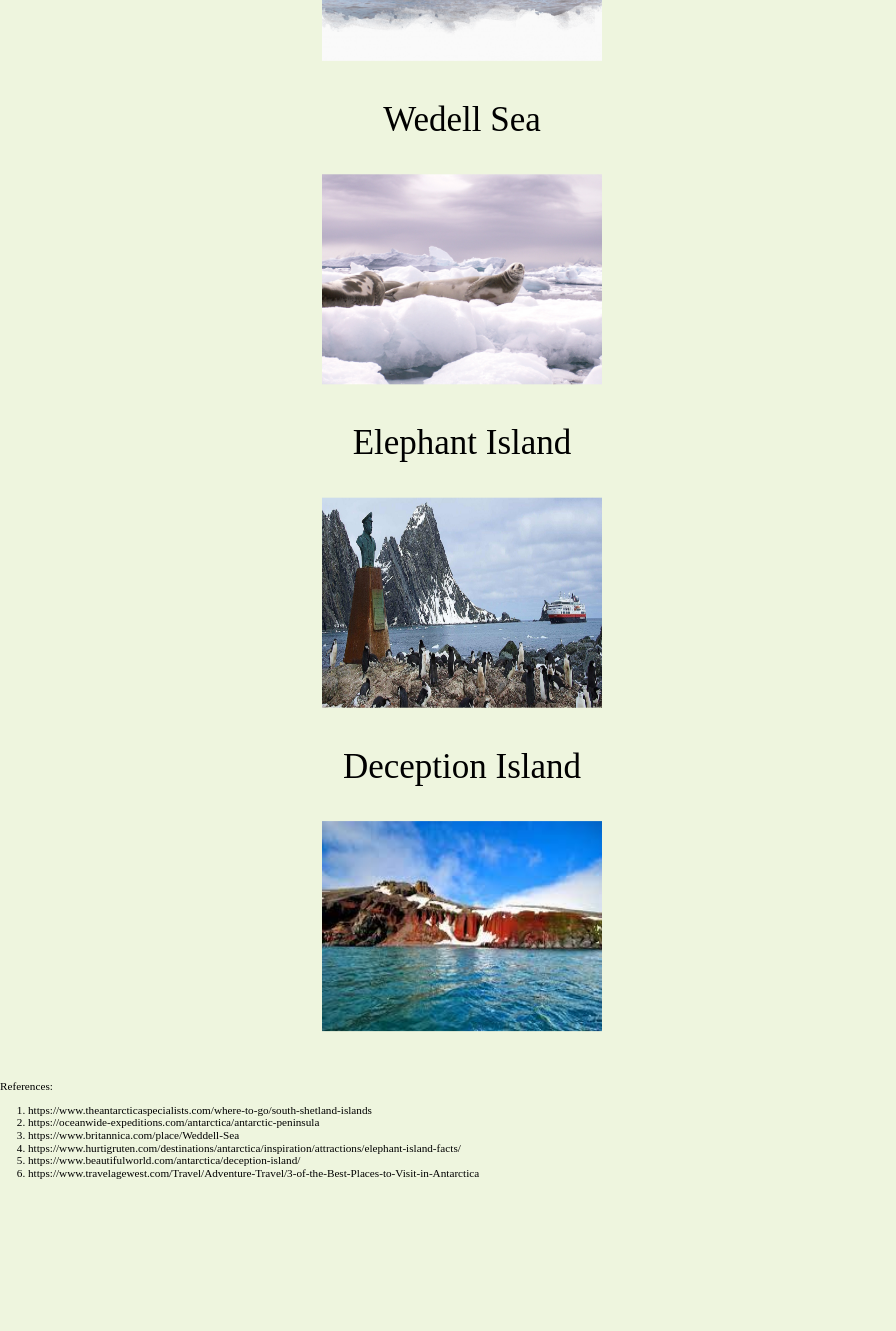
Repository: alharama/StaticWebsite
Page: ant_page.html
These files come from the project's save history. The page is drawn as it stood at one moment and after the next save; the edit follows.
The browser window is 1280 px wide. The pictures show the part of the page from y = 1500 to 3420 px (the page is 3401 px tall before and 3420 px after), at 70% of full size.

Above is the page before, as saved 2021-09-29 23:03:29.

### ant_page.html
<!DOCTYPE html>
<html>
<head>

    <link rel = "stylesheet" type="text/css" href="StyleSheet.css">;

    <title> Antarctica </title>

    <style>

        #ant {
            display: block;
            margin-left: auto;
            margin-right: auto;
            margin-top: 30px;
            width: auto;
            height: 300px;

        }
    </style>

</head>

    <header>
        Antarctica


        <div id="languages">
            <span>Hello</span>
            <span>Bonjour</span>
            <span>Marhabaan</span>
            <span>Zdravstvuyte</span>
            <span>nǐ hǎo</span>
            <span>Salve</span>
            <span>Konnichiwa</span>
            <span>Guten Tag</span>
            <span>Goddag</span>
            <span>Shikamoo</span>
        </div>
    </header>

    <body>

        <nav class="top_nav">
            <ul id="top_nav">
                <li><a href="/index.html">Home</a></li>
                <li><a href="/na_page.html">North America</a></li>
                <li><a href="/sa_page.html">South America</a></li>
                <li><a href="/eu_page.html">Europe</a></li>
                <li><a href="/af_page.html">Africa</a></li>
                <li><a href="/as_page.html">Asia</a></li>
                <li><a href="/au_page.html">Australia</a></li>
                <li><a href="/ant_page.html">Antarctica</a></li>
            </ul>
        </nav>


        <img id="ant" src="images/Antarctica.png" alt="Antarctica">
        <h1> Top Tourist Destinations in Antarctica</h1>


        <ul class = "tourist_spots">
            <li> South Shetland Islands </li>

            <span><img id="dest" src="images/Shetland.jpeg" alt="Shetland Islands">  </span>
            <li> Antarctic Peninsula </li>
            <span><img id = "dest" src="images/Peninsula.png" alt="Antarctic Peninsula">  </span>
            <li> Wedell Sea</li>
            <span><img id = "dest" src="images/Wedell.jpeg" alt = "Wedell Sea">  </span>
            <li> Elephant Island</li>
            <span><img id = "dest" src="images/ElephantIsland.jpeg" alt="Elephant Island">  </span>
            <li> Deception Island</li>
            <span><img id="dest" src="images/Deception.jpeg" alt="Deception Island">  </span>

        </ul>

    </body>


    <footer>

        References:

        <ol>
            <li>https://www.theantarcticaspecialists.com/where-to-go/south-shetland-islands</li>
            <li>https://oceanwide-expeditions.com/antarctica/antarctic-peninsula</li>
            <li>https://www.britannica.com/place/Weddell-Sea</li>
            <li>https://www.hurtigruten.com/destinations/antarctica/inspiration/attractions/elephant-island-facts/</li>
            <li>https://www.beautifulworld.com/antarctica/deception-island/</li>
            <li>https://www.travelagewest.com/Travel/Adventure-Travel/3-of-the-Best-Places-to-Visit-in-Antarctica</li>
        </ol>

    </footer>

</html>

### StyleSheet.css

 @import url('https://fonts.googleapis.com/css2?family=Kaushan+Script&display=swap');

 header {
    text-align: center;
    padding: 5px;
    font-family: 'Kaushan Script', cursive;
    font-size: 100px;
    border-bottom: 1px solid;

}

body{
    background: rgb(238, 245, 222);
    margin: 0px;
    padding-bottom: 200px;
}

.top_nav {
    width: 100%;
    font-size: 40px;
    text-align: center;
    color: red;

}

.top_nav ul {
    margin: 0px;
    color: blue;
}

.top_nav li {
    display: inline-block;

}

.top_nav a {
    text-decoration:underline;
    color: rgb(175, 52, 52);

}

.top_nav a:hover {
    background-color: lightgray;
}


#languages{

    display: flex;
    font-size: 20px;
    justify-content:space-around;
}



 h1 {
    text-align: center;
    font-family: 'Kaushan Script', cursive;
}

.tourist_spots {
    text-align: center;
}
.tourist_spots li {
    list-style: none;
    text-align: center;
    font-size: 50px;

}


#dest {
    width: 400px;
    height: 300px;
    padding: 50px;
}

#other_dest_header {
    font-size: 50px;
}
.extra_destinations li{
    font-size: 20px;
}

After the next save:
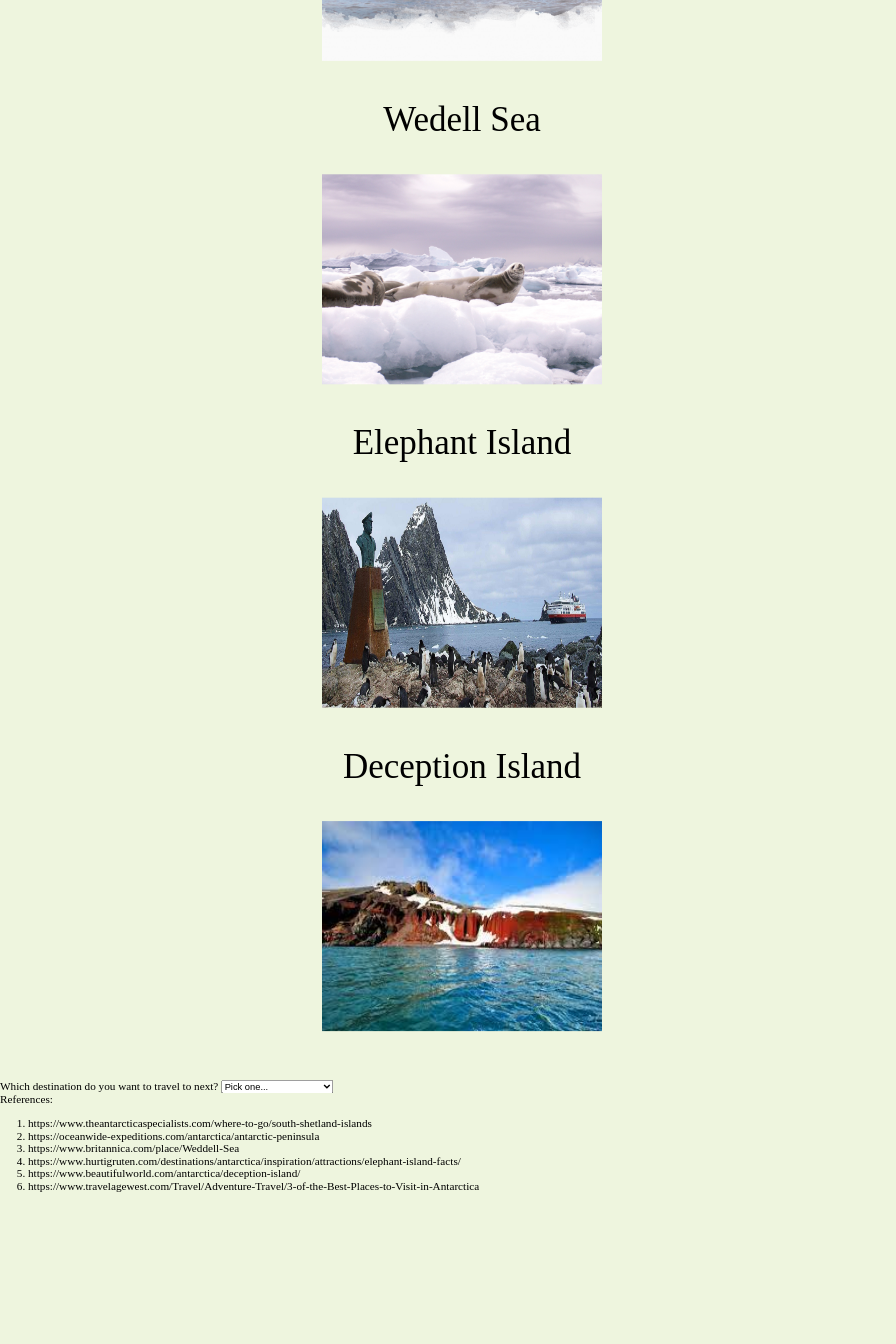
Saved 53 s later.
--- a/ant_page.html
+++ b/ant_page.html
@@ -74,6 +74,20 @@
 
         </ul>
 
+        <div id="survey">
+
+            Which destination do you want to travel to next?
+            <select>
+                <option>Pick one...</option>
+                <option>South Shetland Islands</option>
+                <option>Antarctic Peninsula</option>
+                <option>Wedell Sea</option>
+                <option>Elephant Island</option>
+                <option>Deception Island</option>
+            </select>
+
+        </div>
+
     </body>
 
 
